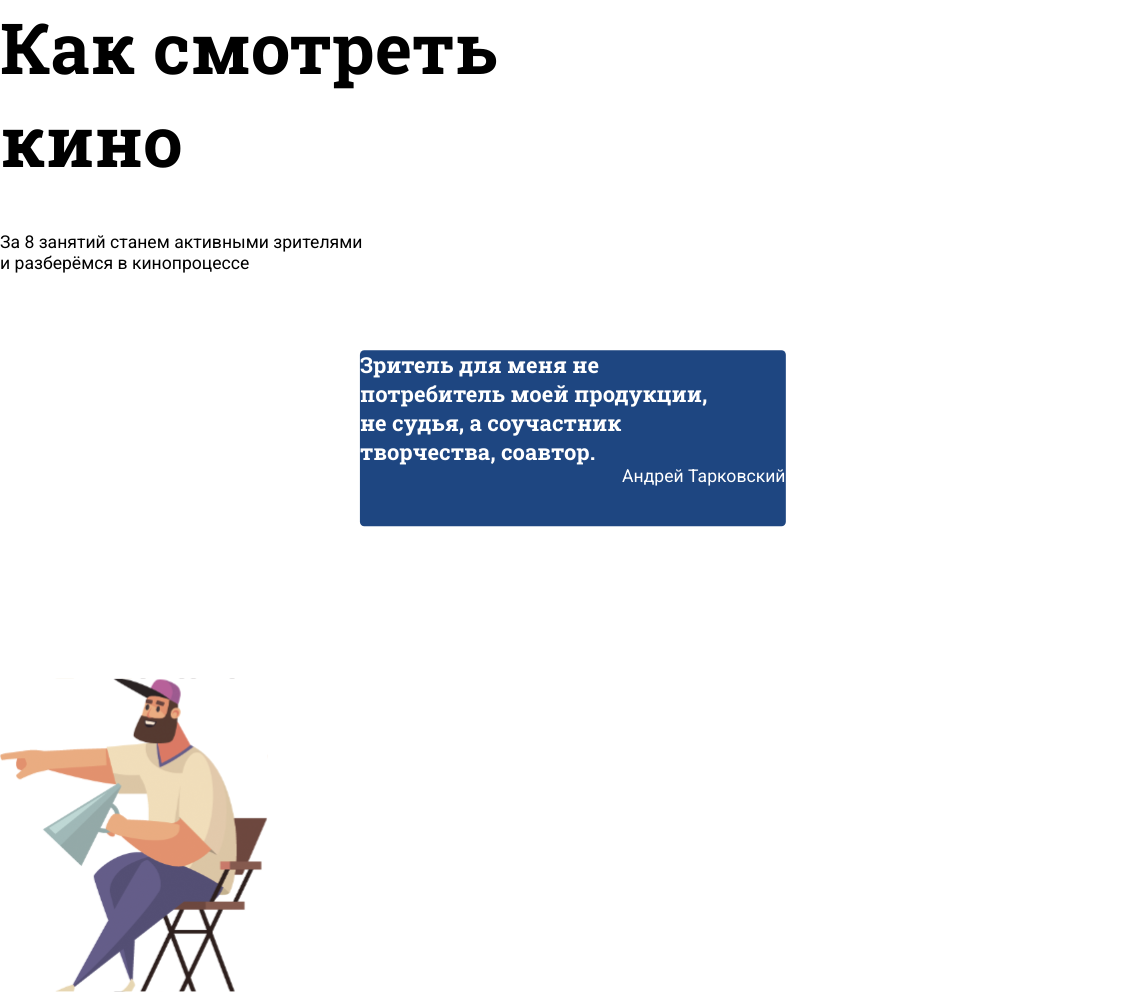
Repository: kubrazamanova/project1
Page: index.html
An editor plug-in stored every save of this project. The page is shown before and after a run of saves, followed by the edit.
The browser window is 1280 px wide. The pictures show the whole page, at 88% of full size.

Above is the page before, as saved 2023-09-09 12:32:07.

After the next 2 saves:
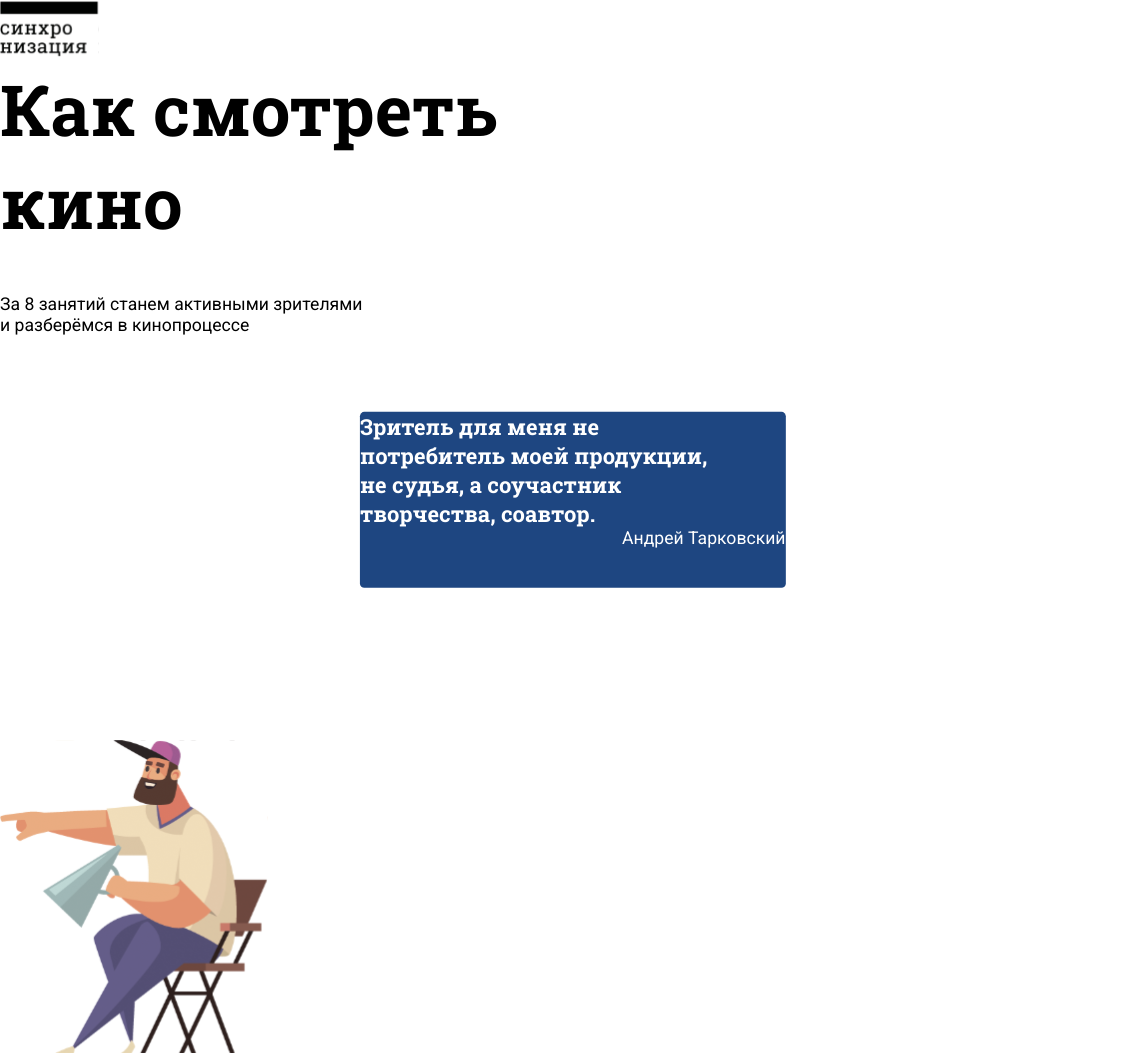
The 2 saves are shown as one change because they came seconds apart.
The last was saved 41 s later.
--- a/index.html
+++ b/index.html
@@ -10,6 +10,7 @@
 
 <body>
   <div class="container">
+    <img src="./logo_mobile_black 1 (1).svg" alt="">
     <div class="text-container">
       <h1>Как смотреть кино</h1>
       <p>За 8 занятий станем активными зрителями и разберёмся в кинопроцессе</p>
